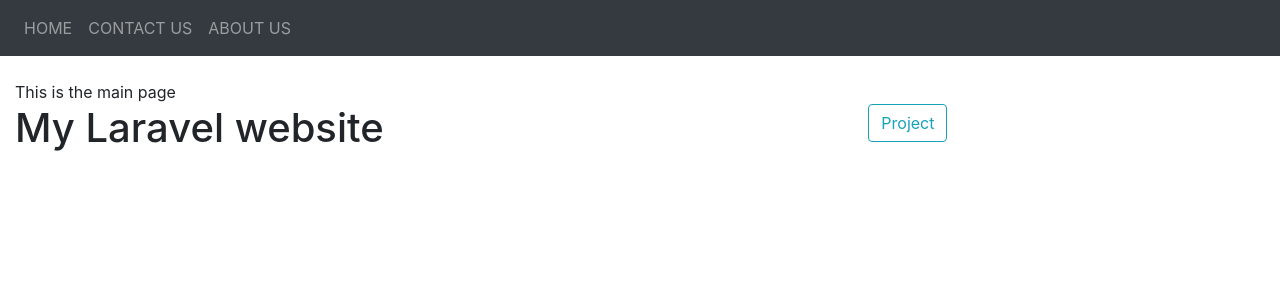
Repository: ROCKY-SAM/laravel5.7
Page: http://localhost/
These files come from the project's save history. The page is drawn as it stood at one moment and after the next save; the edit follows.
The browser window is 1280 px wide. The pictures show the whole page.
The page is served by the project's Laravel application, run on PHP 8.4 with Laravel 8. Other server files are loaded and not shown. Queries for data that is not in the repository find no rows.

Above is the page before, as saved 2018-11-11 14:46:17.

### routes/web.php
<?php

/*
|--------------------------------------------------------------------------
| Web Routes
|--------------------------------------------------------------------------
|
| Here is where you can register web routes for your application. These
| routes are loaded by the RouteServiceProvider within a group which
| contains the "web" middleware group. Now create something great!
|
*/

Route::get('/','PagesController@home');
Route::get('/contact','PagesController@contact');
Route::get('/about','PagesController@about');

### app/Http/Controllers/PagesController.php
<?php

namespace App\Http\Controllers;

use Illuminate\Http\Request;
use App\Project;
class PagesController extends Controller
{
    //

    public function home(){

        $project = Project::all();
        return view('welcome',[
            'foo' => 'Laravel',
            'projects' => $project
        ]);
    }
    public function about(){
        return view('about');
    }
    public function contact(){
        return view('contact');
    }
}

### resources/views/welcome.blade.php
@extends('layout')

@section('title')
    Welcome
@endsection


@section('content')
This is the main page
<br>
<div class="row">
    <div class="col-8"> <h1>My {{ $foo }} website</h1> </div>
    <div class="col-4" style=""> <a href="/project/create" class="btn btn-outline-info"> Project </a> </div>
</div>


    <div id="accordion">
    @foreach ($projects as $project)

    <div class="card">
        <div class="card-header" id="headingOne">
          <h5 class="mb-0">
          <button style="text-decoration: none;color: black;font-weight: bold;" class="btn btn-link" data-toggle="collapse" data-target="#collapseOne{{$project->title}}" aria-expanded="true" aria-controls="collapseOne">
              <h5>{{ $project->title }}</h5>
            </button>
          </h5>
        </div>

        <div id="collapseOne{{$project->title}}" class="collapse " aria-labelledby="headingOne" data-parent="#accordion">
          <div class="card-body">
            {{ $project->description }}
          </div>
        </div>
      </div>


    @endforeach
    </div>



@endsection

### resources/views/layout.blade.php
<!DOCTYPE html>
<html lang="en">
  <head>
    <meta charset="utf-8">
    <meta http-equiv="X-UA-Compatible" content="IE=edge">
    <title>@yield('title','SAM LARAVEl')</title>
    <meta name="viewport" content="width=device-width, initial-scale=1">
    <link rel="stylesheet" href="https://maxcdn.bootstrapcdn.com/bootstrap/4.1.3/css/bootstrap.min.css">
    <script src="https://ajax.googleapis.com/ajax/libs/jquery/3.3.1/jquery.min.js"></script>
    <script src="https://cdnjs.cloudflare.com/ajax/libs/popper.js/1.14.3/umd/popper.min.js"></script>
    <script src="https://maxcdn.bootstrapcdn.com/bootstrap/4.1.3/js/bootstrap.min.js"></script>
  </head>
  <body>

    <nav class="navbar navbar-expand-sm bg-dark navbar-dark fixed-top">
        <ul class="navbar-nav">
          <li class="nav-item">
            <a class="nav-link" href="/">HOME</a>
          </li>
          <li class="nav-item">
            <a class="nav-link" href="/contact">CONTACT US</a>
          </li>
          <li class="nav-item">
            <a class="nav-link" href="/about">ABOUT US</a>
          </li>
        </ul>
      </nav>




      <div class="container-fluid" style="margin-top:80px">
            @yield('content')
          </div>


    <script src="https://ajax.googleapis.com/ajax/libs/jquery/3.3.1/jquery.min.js"></script>
  </body>
</html>

Loaded but not shown: app/Providers/AppServiceProvider.php (common file); app/Http/Controllers/Controller.php (common file); app/Project.php (common file)

After the next save:
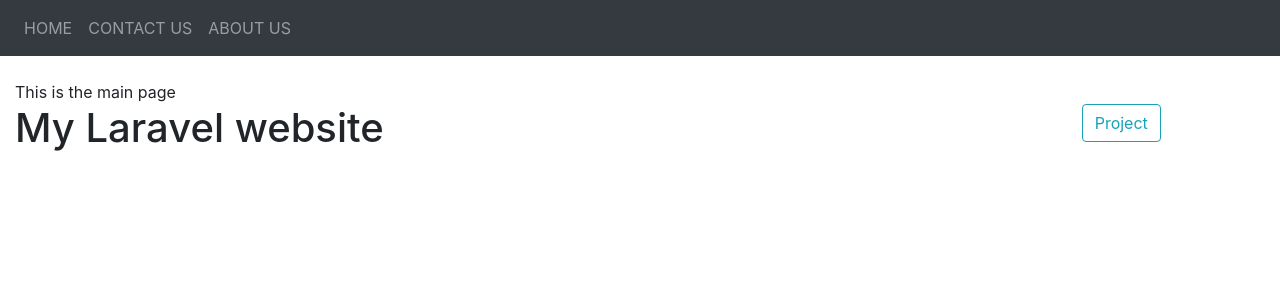
Saved 5 s later.
--- a/resources/views/welcome.blade.php
+++ b/resources/views/welcome.blade.php
@@ -9,8 +9,8 @@
 This is the main page
 <br>
 <div class="row">
-    <div class="col-8"> <h1>My {{ $foo }} website</h1> </div>
-    <div class="col-4" style=""> <a href="/project/create" class="btn btn-outline-info"> Project </a> </div>
+    <div class="col-10"> <h1>My {{ $foo }} website</h1> </div>
+    <div class="col-2" > <a href="/project/create" class="btn btn-outline-info"> Project </a> </div>
 </div>
 
 
